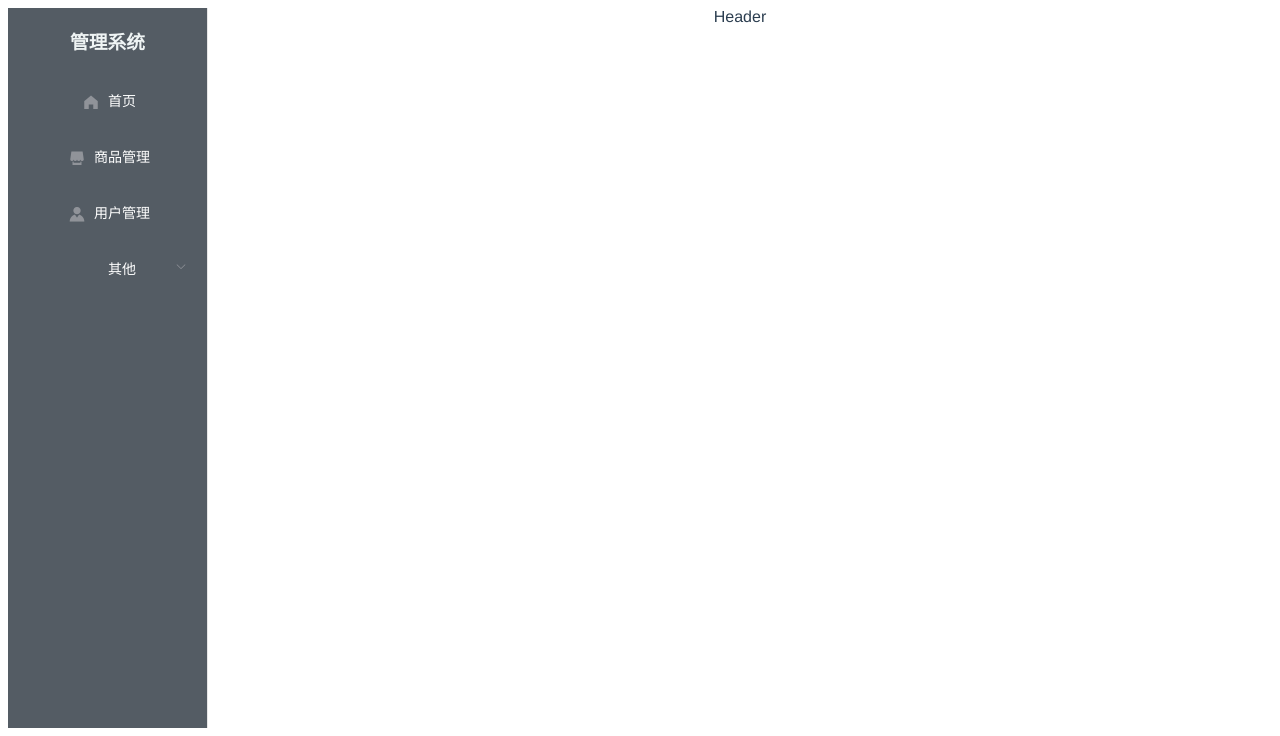
Repository: tkqi/manage
Page: /
These files come from the project's save history. The page is drawn as it stood at one moment and after the next save; the edit follows.
The browser window is 1280 px wide. The pictures show the whole page.
The project was rebuilt for these pictures with package versions that can differ from the ones it lists, and the page was loaded fresh each time. Also part of the build but not shown: vue.config.js.

Above is the page before, as saved 2023-12-01 14:20:52.

After the next save:
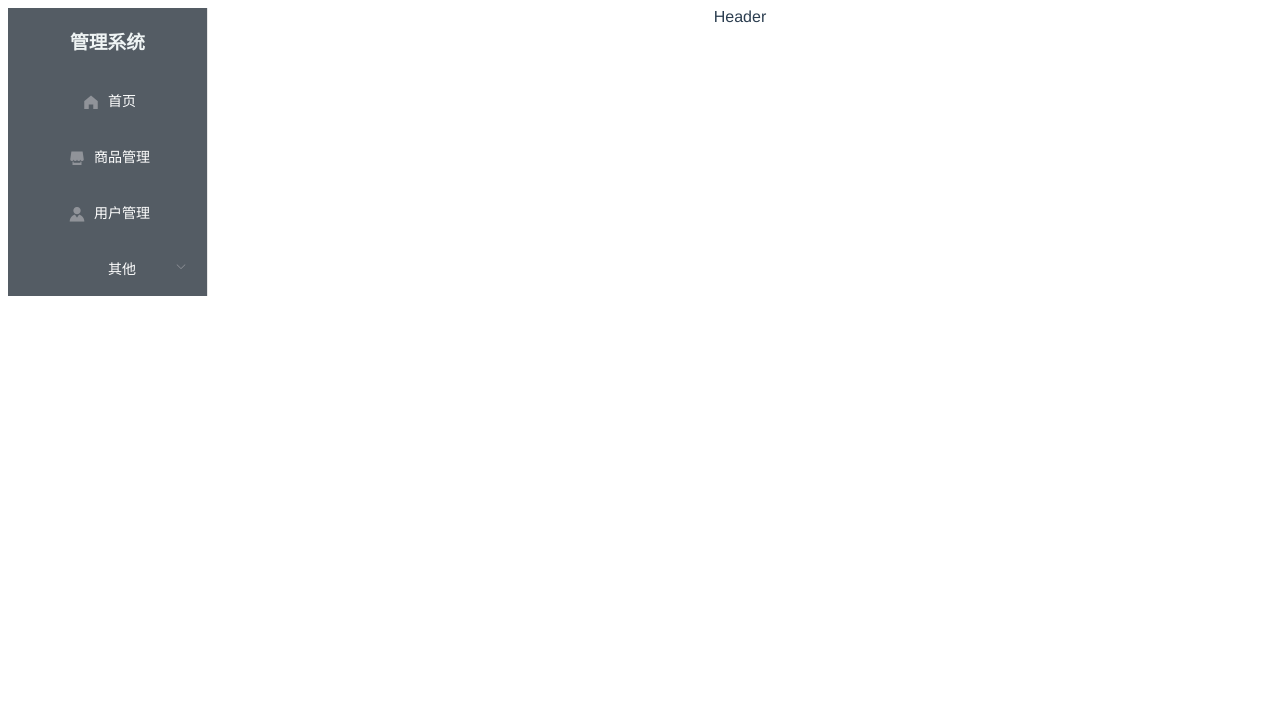
Saved 20 s later.
--- a/src/components/sidebar.vue
+++ b/src/components/sidebar.vue
@@ -105,7 +105,7 @@
 }
 </script>
 
-<style lang="less">
+<style lang="less" scoped>
 .menu {
     width: auto;
     height: 100%;

After the save that followed:
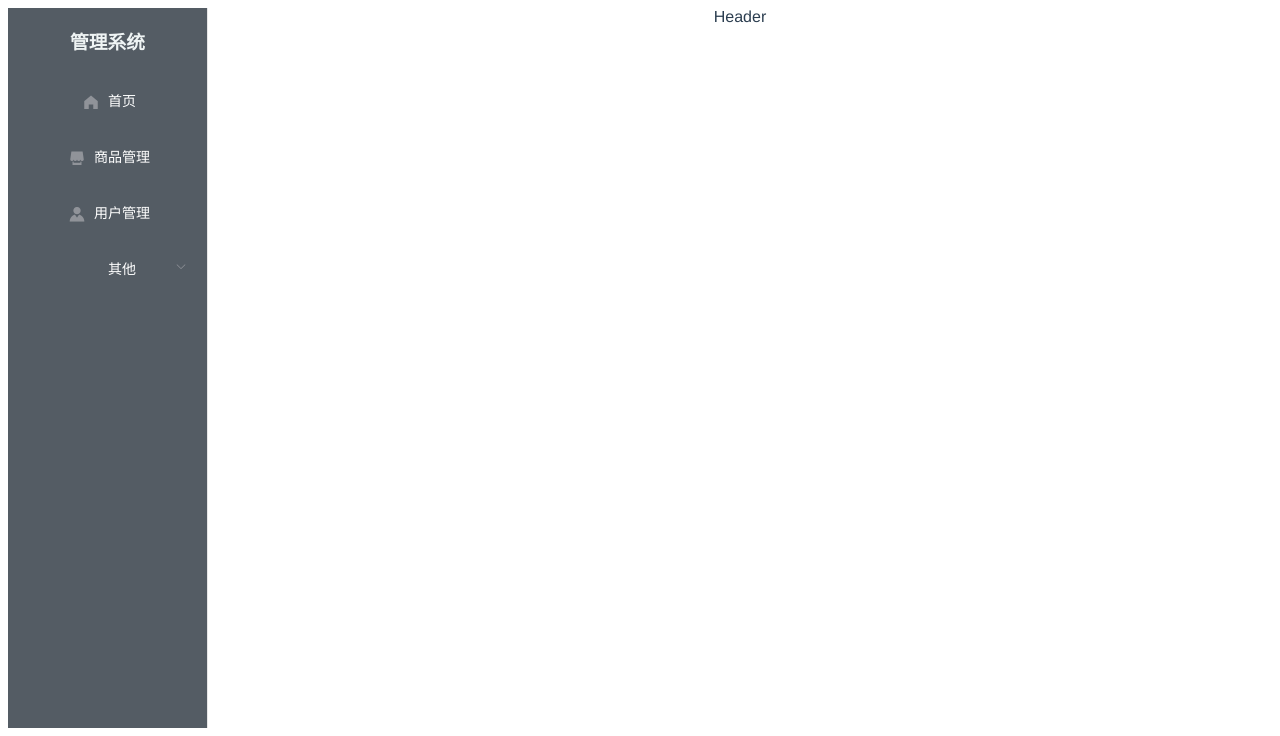
Saved 9 s later.
--- a/src/components/sidebar.vue
+++ b/src/components/sidebar.vue
@@ -106,8 +106,5 @@
 </script>
 
 <style lang="less" scoped>
-.menu {
-    width: auto;
-    height: 100%;
-}
+
 </style>
